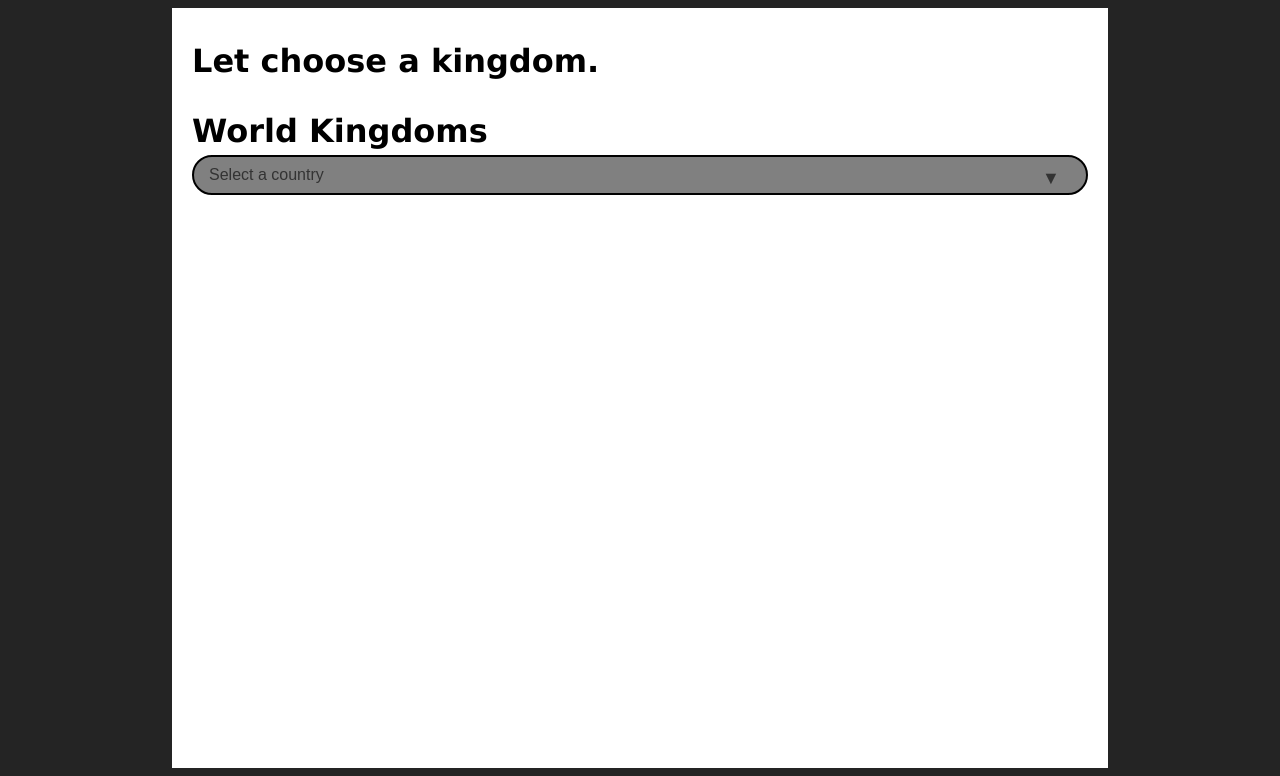
Repository: MonicaNguyenH/Lab-7_Frontend
Page: /countries
An editor plug-in stored every save of this project. The page is shown before and after the next save, followed by the edit.
The browser window is 1280 px wide. The pictures show the whole page.
The page's requests for data from a server got no answer. The project was rebuilt for these pictures with package versions that can differ from the ones it lists, and the page was loaded fresh each time. No one was signed in, and anything a server would have sent is missing. Also part of the build but not shown: vite.config.js, src/Details.jsx.

Above is the page before, as saved 2024-11-24 22:11:55.

After the next save:
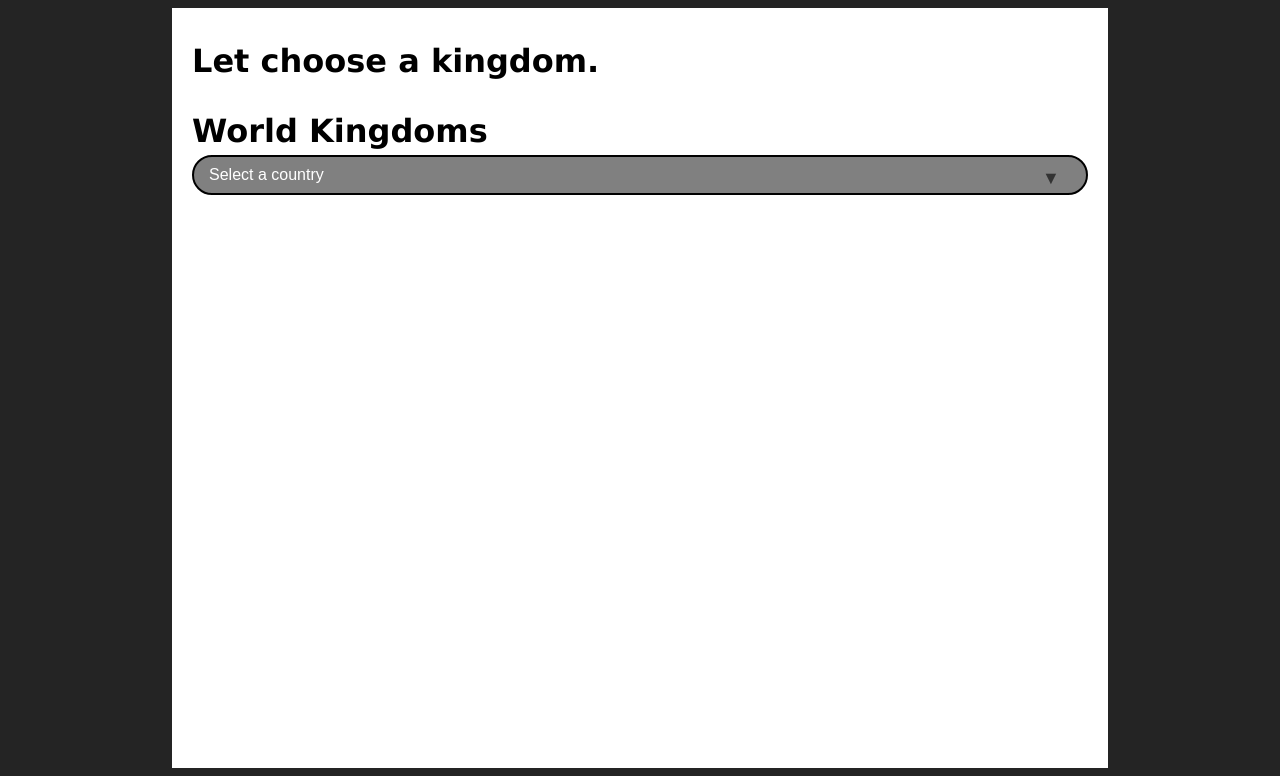
Saved 5 min 42 s later.
--- a/src/index.css
+++ b/src/index.css
@@ -65,7 +65,7 @@ select {
   border-radius: 20px; /* Rounded corners */
   padding: 5px; /* Padding inside the dropdown */
   font-size: 16px; /* Font size */
-  color: #333; /* Font color */
+  color: white; /* Font color */
   width: 70vw; /* Width of the dropdown */
   height: 40px;
   cursor: pointer; /* Change cursor to pointer */
